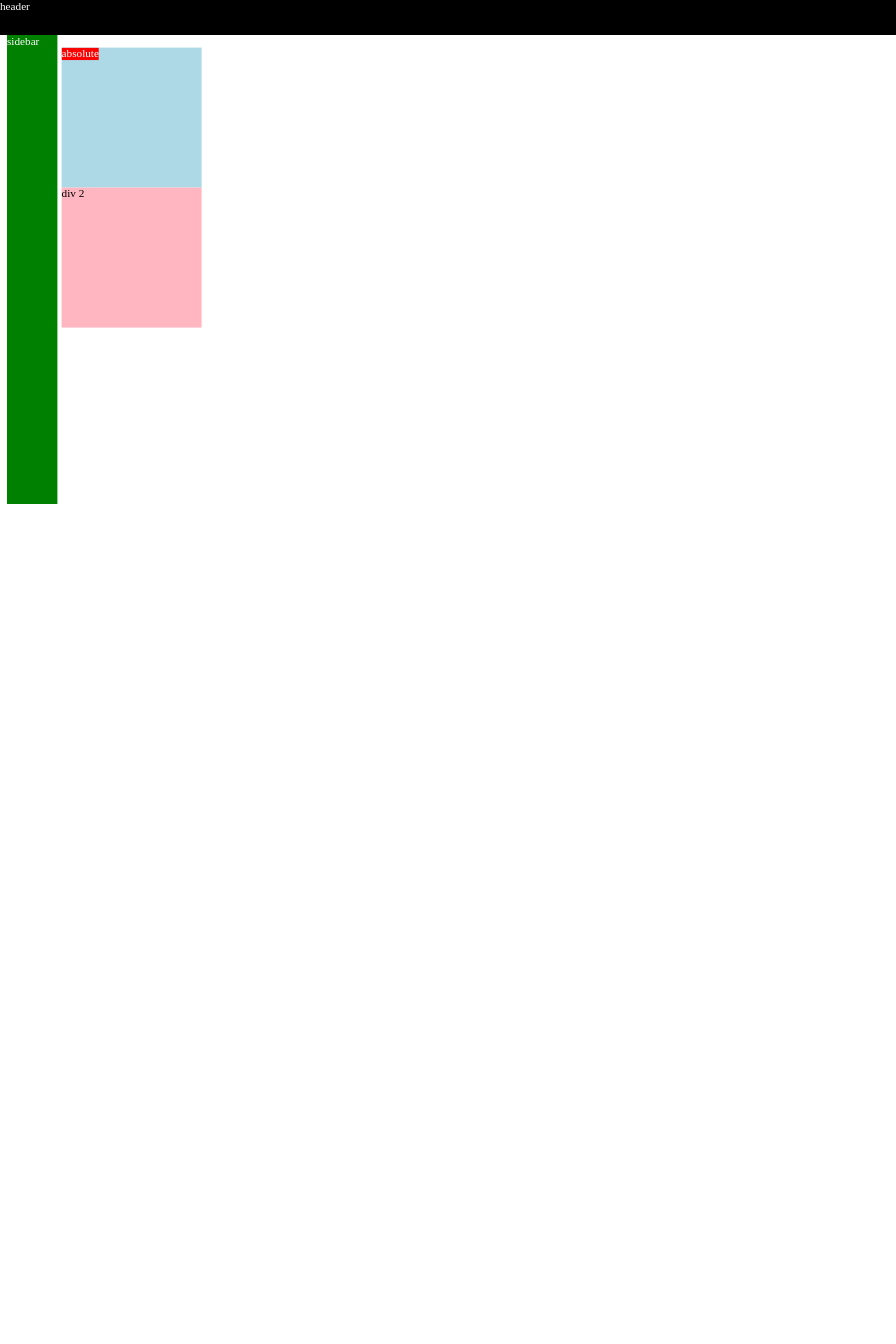
Repository: idahcarts-ux/html-css
Page: position.html
These files come from the project's save history. The page is drawn as it stood at one moment and after a run of saves; the edit follows.
The browser window is 1280 px wide. The pictures show the part of the page from y = 0 to 1920 px (the page is 3076 px tall), at 70% of full size.

Above is the page before, as saved 2025-11-19 19:16:53.

After the next 2 saves:
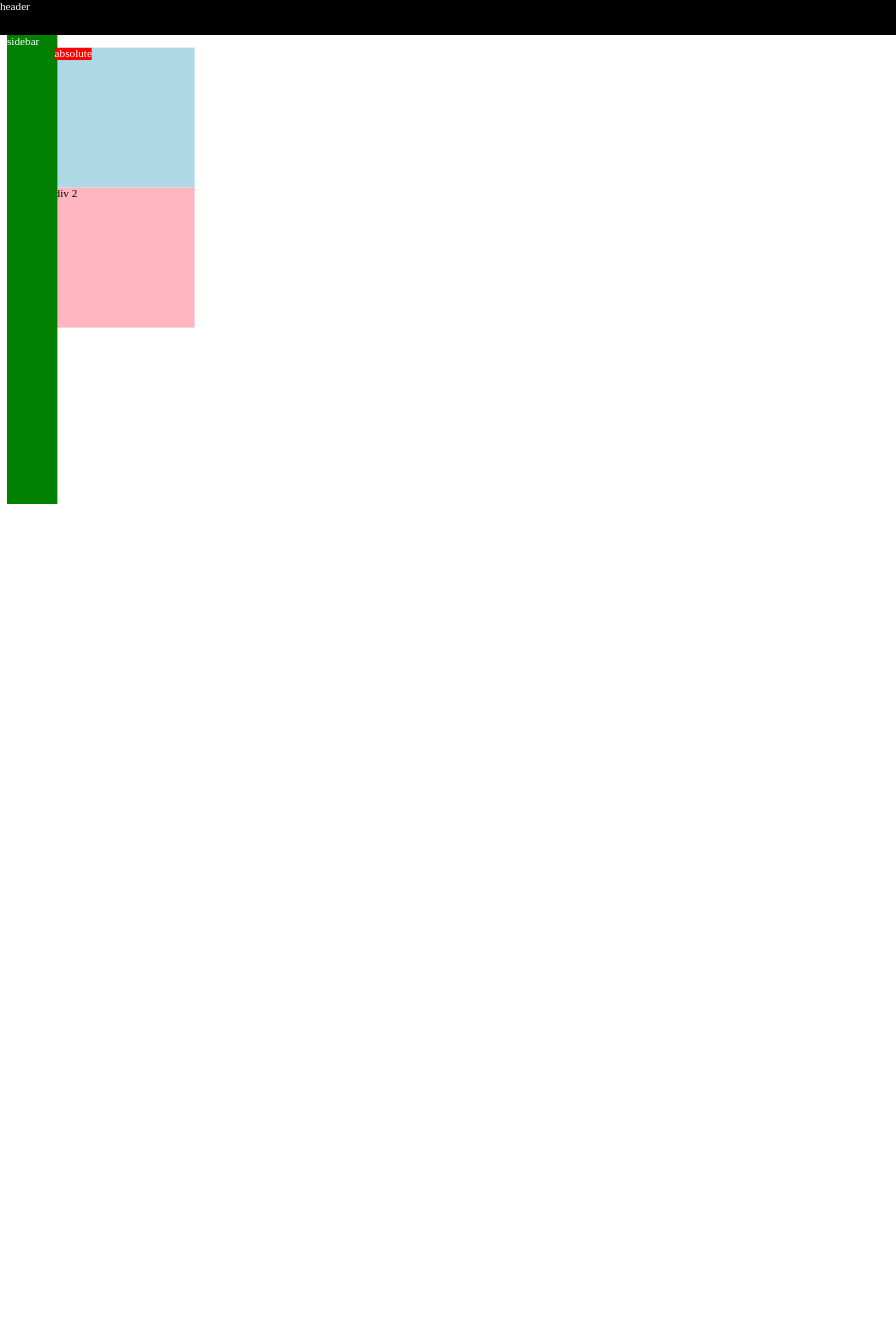
The 2 saves are shown as one change because they came seconds apart.
The last was saved 39 s later.
--- a/position.html
+++ b/position.html
@@ -6,7 +6,7 @@
   <body style="
    height:3000px;
    padding-top: 60px;
-   padding-left: 80px;
+   padding-left: 70px;
    ">
   <div style="
     background-color: black;
